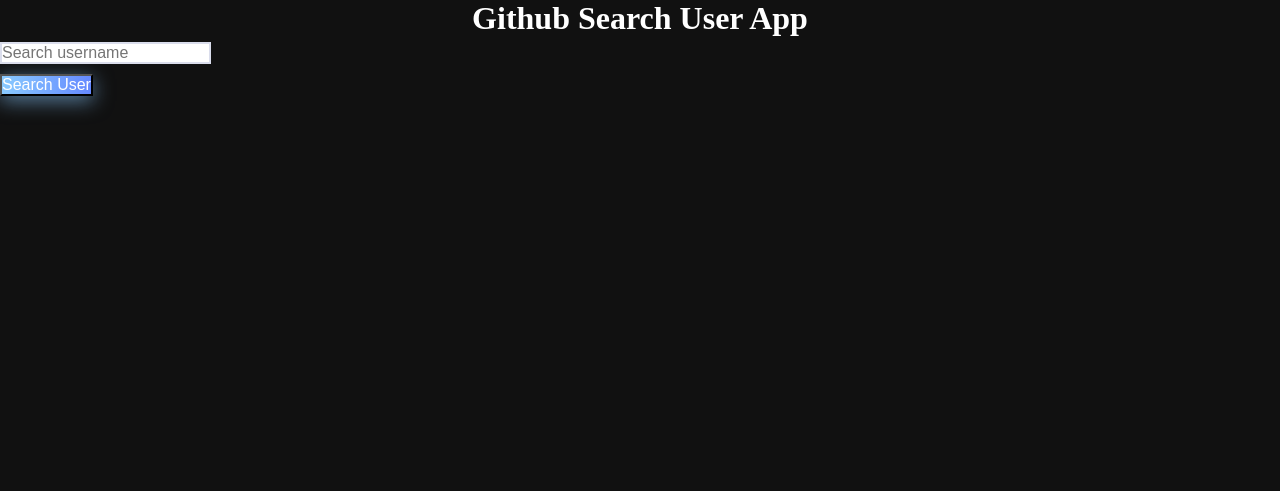
Repository: solox-cyber/Github-search-user
Page: index.html
The author's editor kept a copy of each file at every save. The page is drawn from the files as they stood at one save, then again after a run of saves.
The browser window is 1280 px wide. The pictures show the whole page.

Above is the page before, as saved 2023-03-25 18:43:15.

### index.html
<!DOCTYPE html>
<html lang="en">

<head>
    <meta charset="UTF-8">
    <meta http-equiv="X-UA-Compatible" content="IE=edge">
    <meta name="viewport" content="width=device-width, initial-scale=1.0">
    <title>Github Search User Using Github API</title>
    <link rel="stylesheet" href="style.css">
</head>

<body>
    <div class="container">
        <h1>
            Github Search User App
        </h1>
        <form id="myForm" autocomplete="off">
            <div class="form-group">
                <input type="text" name="" class="form-control" placeholder="Search username" id="search" required>
            </div>
            <div class="form-group">
                <button class="btn btn-danger btn-block">
                    Search User
                </button>
            </div>
        </form>

    <div id="result"></div>
    </div>


        <script src="script.js"></script>
</body>

</html>

### style.css
*{
    margin: 0;
    padding: 0;
    box-sizing: border-box;
}

body{
    background-color: #111;
    color: #fff;
}
.container{
    margin: 0 auto;
    height: 100vh;
    width: 100%;
    top:10%;

}

.container h1{
    text-align: center;
}
}



input,
    button {
      width: 70%;
      border: none;
      padding: 14px;
      border-radius: 3px;
      margin: 3px;
    }

    input {
        border: 2px solid #DADDEC;
        margin: 5px 0 10px;
        font-size: 1rem;
        color: #656880;
      }

      button {
        background-image: linear-gradient(to right, #89CAFF, #6589FF);
        display: block;
        color: #fff;
        font-size: 1rem;
        cursor: pointer;
        box-shadow: 0 5px 20px #89caff94;
        transition: box-shadow .3s ease-in-out;
      }

      button:hover {
        box-shadow: none;
      }

### script.js
var form = document.getElementById("myForm");

form.addEventListener('submit', function(e){
e.preventDefault();

var search = document.getElementById("search").value;

var originalName = search.split(' ').join(' ');

document.getElementById("result").innerHTML = "";
fetch("https://api.github.com/users/"+originalName)
.then(result=>result.json())
.then(data => {
    console.log(data);
    document.getElementById('result').innerHTML =`
   <a target="_blank" href="https://www.github.com/${originalName}"> <img src="${data.avatar_url}"/></a>
    `
})



})

After the next 2 saves:
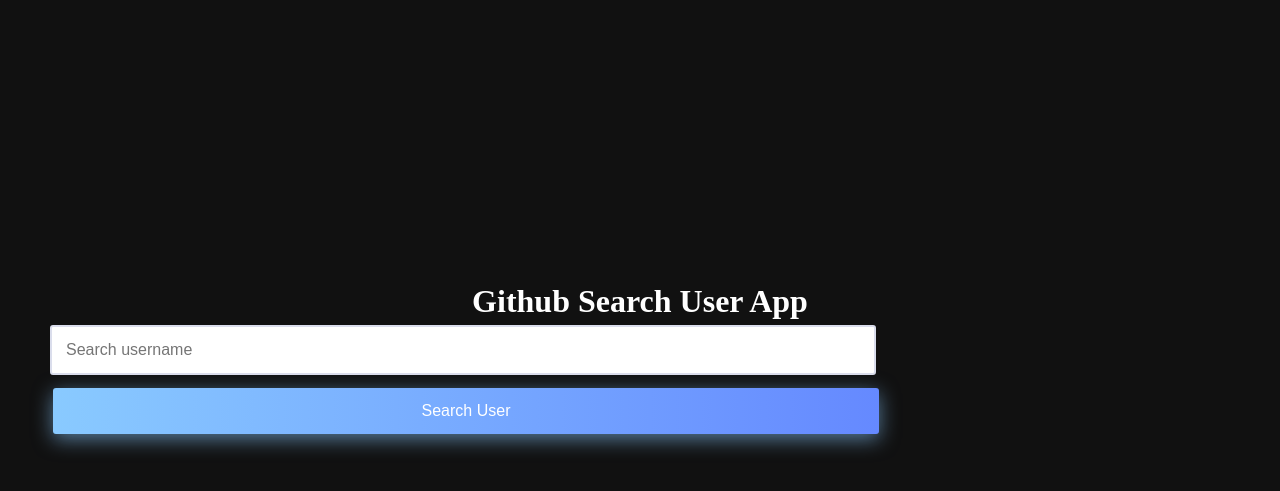
The 2 saves are shown as one change because they came seconds apart.
The last was saved 5 s later.
--- a/style.css
+++ b/style.css
@@ -9,11 +9,14 @@
     color: #fff;
 }
 .container{
+    position: relative;
     margin: 0 auto;
     height: 100vh;
     width: 100%;
     top:10%;
-
+    padding:50px 50px;
+    justify-content: center;
+    align-content: center;
 }
 
 .container h1{
@@ -21,7 +24,9 @@
 }
 }
 
-
+form .form-group{
+    align-items:center;
+}
 
 input,
     button {
